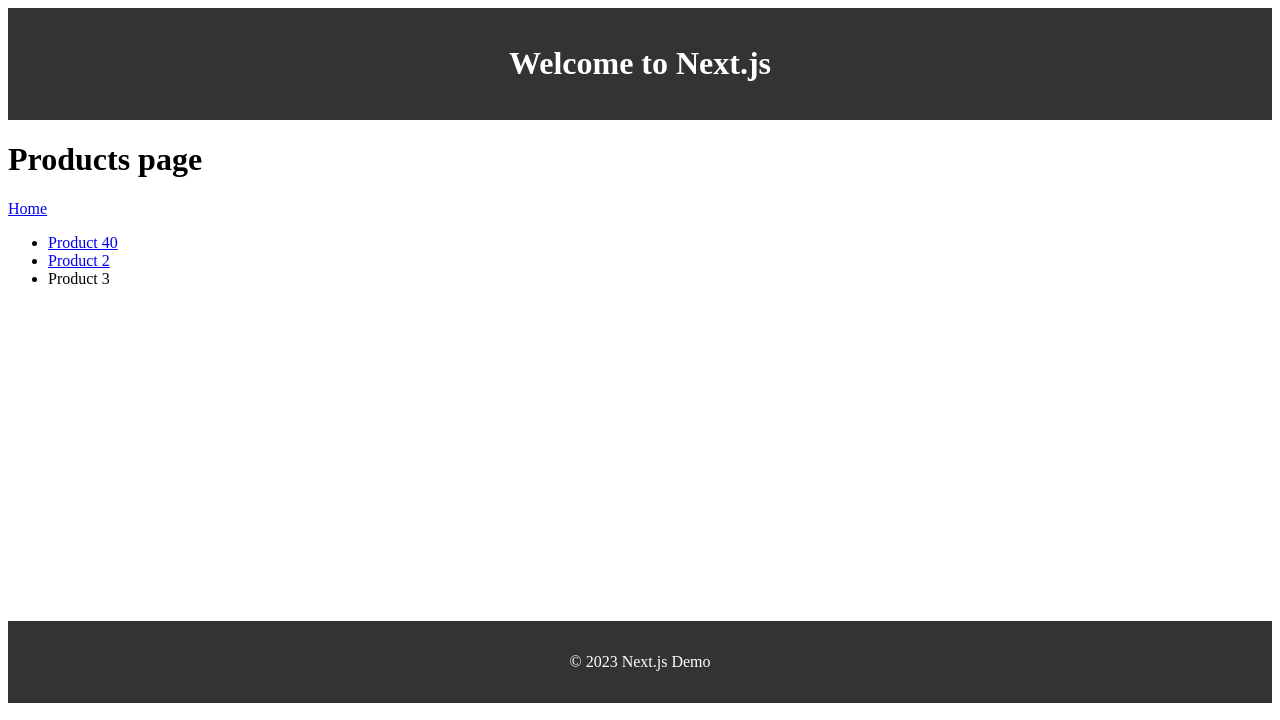
Repository: JasonMorta/NextJs-13_Basics
Page: /products (app in NEXTJS15/next13-demo/)
The author's editor kept a copy of each file at every save. The page is drawn from the files as they stood at one save, then again after a run of saves.
The browser window is 1280 px wide. The pictures show the whole page.
The project was rebuilt for these pictures with package versions that can differ from the ones it lists, and the page was loaded fresh each time. The framework's server and built-in components were replaced by stand-ins that run in the browser. Also part of the build but not shown: NEXTJS15/next13-demo/next.config.ts.

Above is the page before, as saved 2025-02-28 13:48:50.

### NEXTJS15/next13-demo/src/app/layout.tsx
export const metadata = {
  title: "Next.js",
  description: "Generated by Next.js",
};

export default function AuthLayout({children,}: {children: React.ReactNode}) {
  return (
    <html lang="en">
      <body>
        <header style={{ backgroundColor: '#333', color: '#fff', padding: '1rem', textAlign: 'center' }}>
          <h1>Welcome to Next.js</h1>
        </header>

        <main style={{
          minHeight: 'calc(80vh - 6rem)',
        }}>{children}</main>

        <footer style={{ backgroundColor: '#333', color: '#fff', padding: '1rem', textAlign: 'center', marginTop: 'auto' }}>
          <p>&copy; 2023 Next.js Demo</p>
        </footer>
      </body>
    </html>
  );
}

### NEXTJS15/next13-demo/src/app/products/page.tsx
import Link from 'next/link'
import React from 'react'

export default function Products() {

  const productId = 40


  /*
  The 'replace' prop is used to replace the current entry in the history stack.
   <Link href={`/products/2`} replace>Product 2</Link>

  */

  return (
    <>
    <h1>Products page</h1>
    <Link href="/">Home</Link>
    <ul>
      <li><Link href={`/products/${productId}`}>Product {productId}</Link></li>
      <li><Link href={`/products/2`}>Product 2</Link></li>
      <li>Product 3</li>
    </ul>
    </>
  )
}

After the next 2 saves:
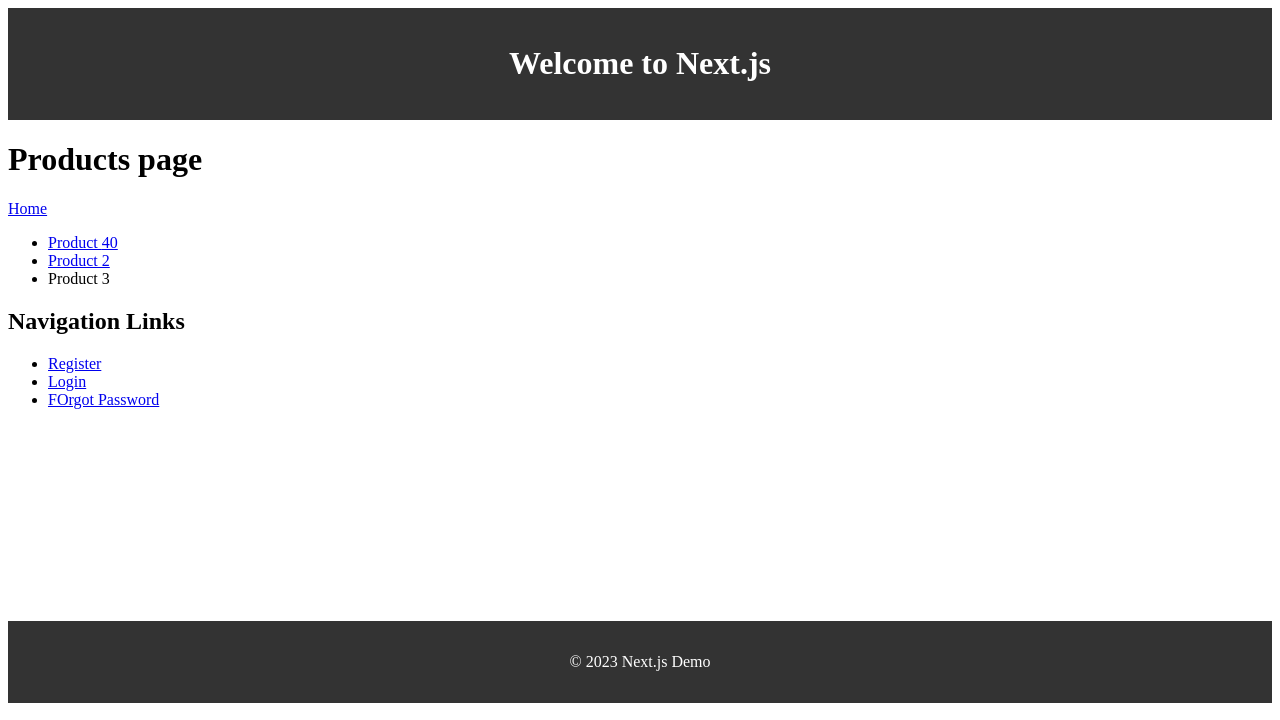
The 2 saves are shown as one change because 1 did not build or start.
The last was saved 2 min 34 s later.
--- a/NEXTJS15/next13-demo/src/app/products/page.tsx
+++ b/NEXTJS15/next13-demo/src/app/products/page.tsx
@@ -12,6 +12,12 @@
 
   */
 
+   const navLinks = [
+    {href: `/products/${productId}`, name: `Register`},
+    {href: `/products/2`, name: `Login`},
+    {href: `/products/3`, name: `FOrgot Password`}
+   ]
+
   return (
     <>
     <h1>Products page</h1>
@@ -21,6 +27,15 @@
       <li><Link href={`/products/2`}>Product 2</Link></li>
       <li>Product 3</li>
     </ul>
+
+    <h2>Navigation Links</h2>
+    <ul>
+      {navLinks.map((link, index) => (
+        <li key={index}>
+          <Link href={link.href}>{link.name}</Link>
+        </li>
+      ))}
+    </ul>
     </>
   )
 }
